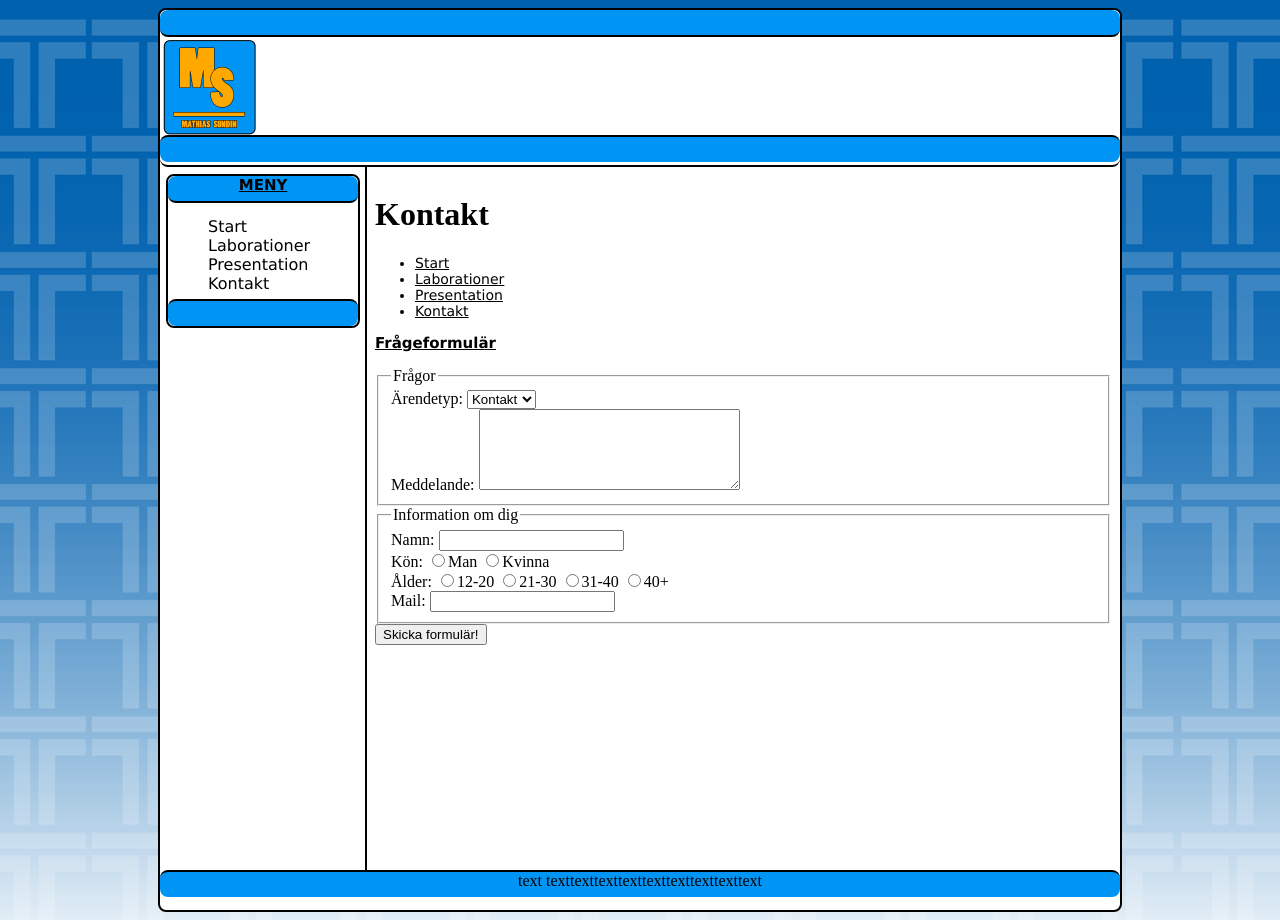
Repository: ms223uh/1ik415-laborationer
Page: www/pages/kontakt.html
The author's editor kept a record of every edit. The page is drawn from the files as they stood at one moment, then again after the next edit.
The browser window is 1280 px wide. The pictures show the whole page.

Above is the page before.

After the next edit:
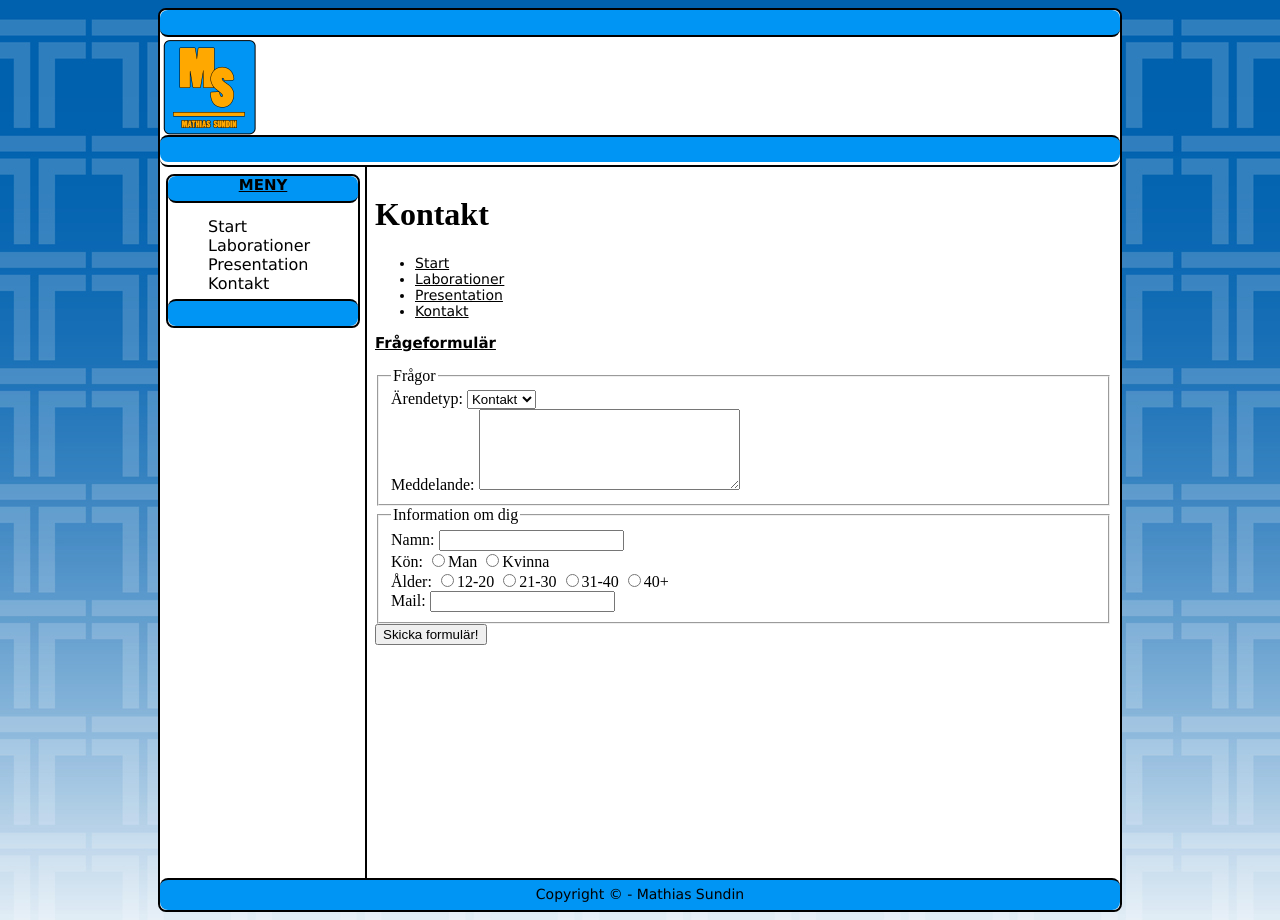
The edit:
--- a/www/pages/kontakt.html
+++ b/www/pages/kontakt.html
@@ -95,9 +95,9 @@
 
            </div>
 
-    <div id="footer2">
+    <div id="footer">
 
-        text texttexttexttexttexttexttexttexttext
+        <p>Copyright © - Mathias Sundin</p>
 
     </div>
 
